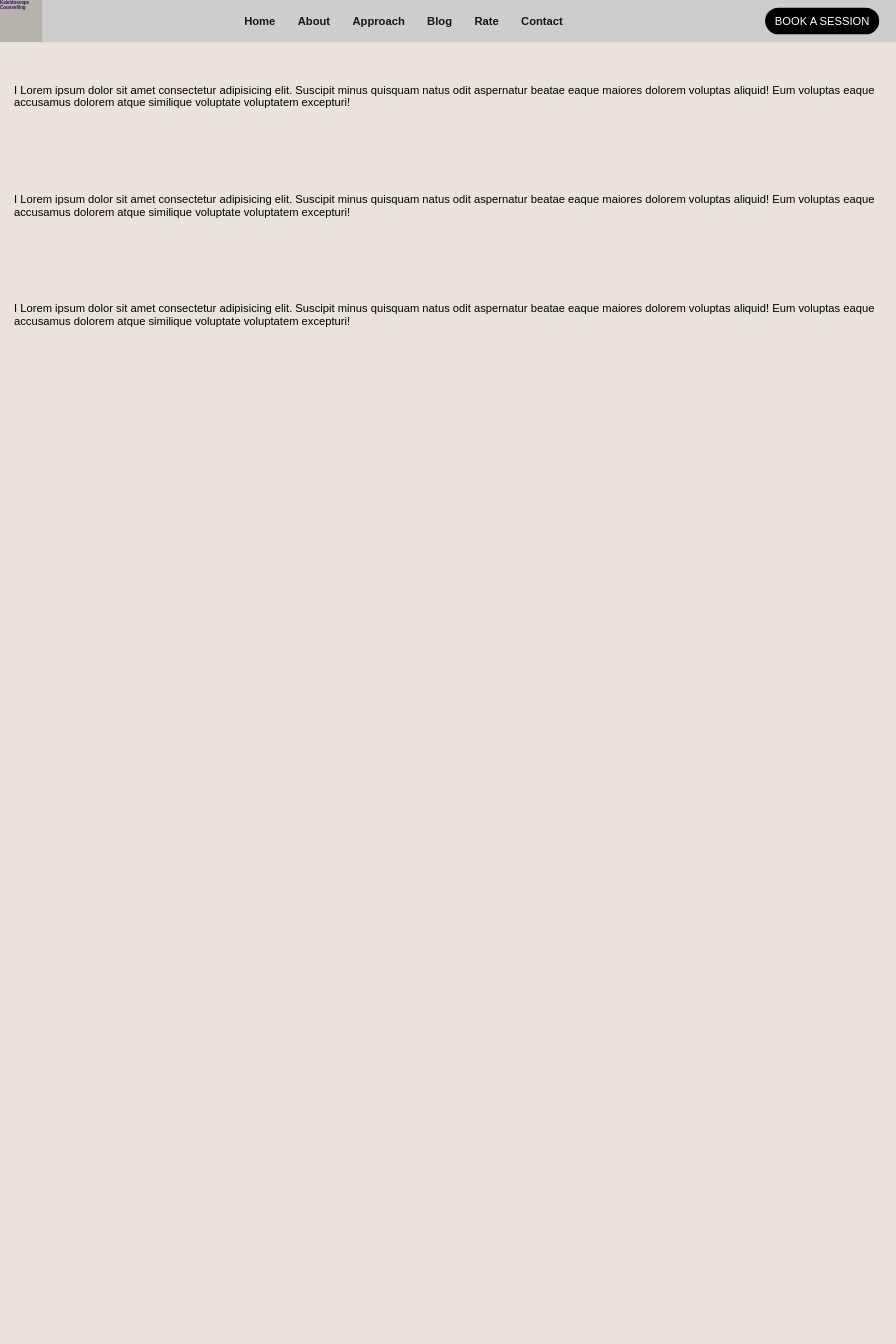
Repository: voutadi/Project1
Page: index.html
The author's editor kept a copy of each file at every save. The page is drawn from the files as they stood at one save, then again after the next save.
The browser window is 1280 px wide. The pictures show the part of the page from y = 0 to 1920 px (the page is 3120 px tall), at 70% of full size.

Above is the page before, as saved 2024-08-05 00:02:08.

After the next save:
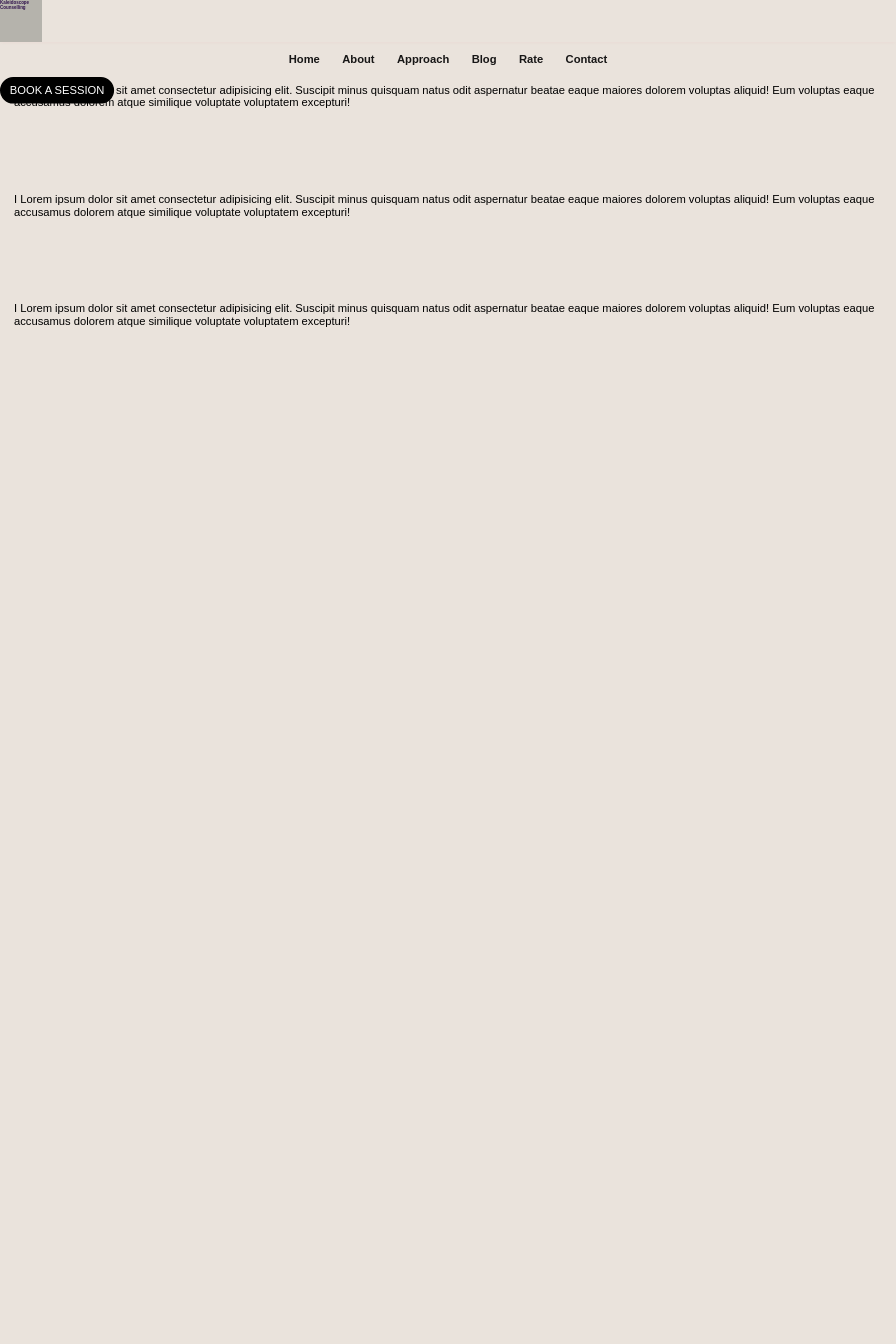
Saved 6 min 10 s later.
--- a/styles/style.css
+++ b/styles/style.css
@@ -16,7 +16,7 @@
   top: 0;
   left: 0;
   right: 0;
-  background-color: rgb(206, 205, 205);
+  background-color:
   display: flex;
   justify-content: space-between;
   align-items: center;

After the 3 saves that followed:
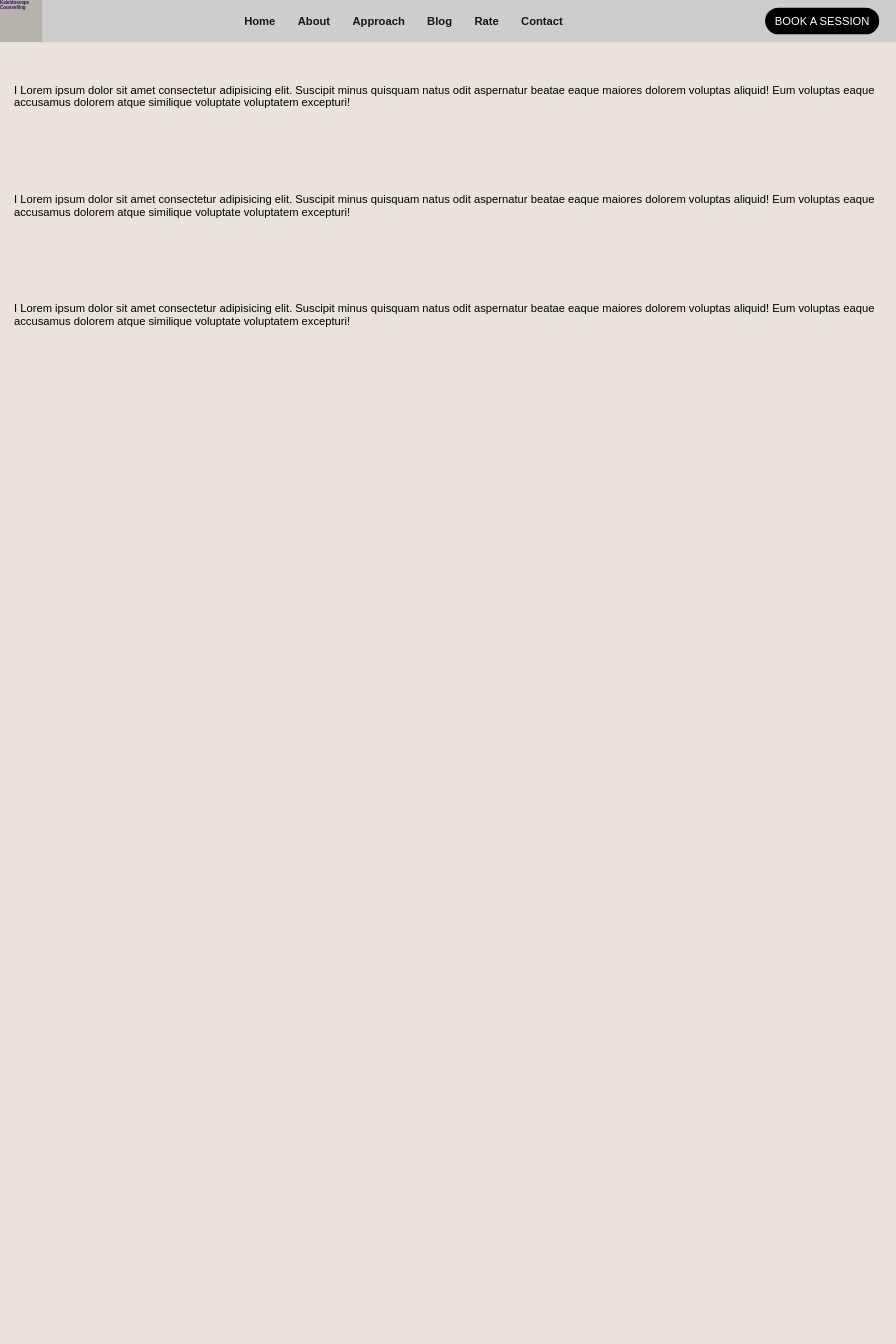
The 3 saves are shown as one change because 1 left the picture as it was and some came seconds apart.
The last was saved 67 s later.
--- a/styles/style.css
+++ b/styles/style.css
@@ -16,7 +16,7 @@
   top: 0;
   left: 0;
   right: 0;
-  background-color:
+  background-color: rgb(206, 205, 205);
   display: flex;
   justify-content: space-between;
   align-items: center;
